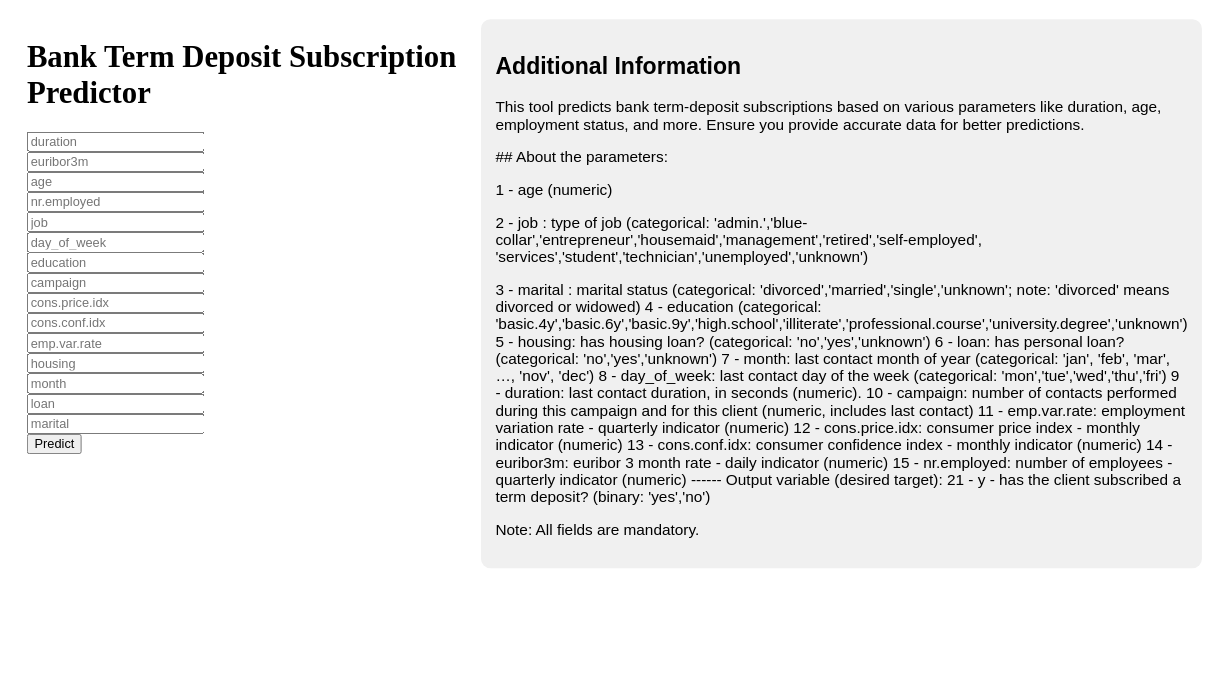
Repository: sameerhussain6/End-to-End-ML-Bank-term-Prediction
Page: templates/home.html
The author's editor kept a copy of each file at every save. The page is drawn from the files as they stood at one save, then again after the next save.
The browser window is 1280 px wide. The pictures show the whole page, at 96% of full size.
Some web fonts or font styles are not loaded; a fallback is used. The template is drawn by Flask 3. The application's start-up code is not run. Other server files are loaded and not shown. The template is opened directly, without the code that normally fills it, so the values that code supplies are empty.

Above is the page before, as saved 2025-01-31 19:27:13.

### templates/home.html
<!DOCTYPE html>
<html>

<head>
  <meta charset="UTF-8">
  <title>BANK TERM-DEPOSIT Subscription</title>
  <link href='https://fonts.googleapis.com/css?family=Pacifico' rel='stylesheet' type='text/css'>
  <link href='https://fonts.googleapis.com/css?family=Arimo' rel='stylesheet' type='text/css'>
  <link href='https://fonts.googleapis.com/css?family=Hind:300' rel='stylesheet' type='text/css'>
  <link href='https://fonts.googleapis.com/css?family=Open+Sans+Condensed:300' rel='stylesheet' type='text/css'>

  <style>
    .content-container {
      display: flex;
      justify-content: space-between;
      margin: 20px;
    }
    .login {
      width: 60%;
    }
    .info-box {
      width: 60%;
      background-color: #f0f0f0;
      padding: 15px;
      border-radius: 10px;
      font-family: 'Arimo', sans-serif;
    }
  </style>
</head>

<body>
  <div class="content-container">
    <div class="login">
      <h1>Bank Term Deposit Subscription Predictor</h1>

      <form action="{{ url_for('predict')}}" method="post">
        <input type="text" name="duration" placeholder="duration" required="required" /><br>
        <input type="text" name="euribor3m" placeholder="euribor3m" required="required" /><br>
        <input type="text" name="age" placeholder="age" required="required" /><br>
        <input type="text" name="nr.employed" placeholder="nr.employed" required="required" /><br>
        <input type="text" name="job" placeholder="job" required="required" /><br>
        <input type="text" name="day_of_week" placeholder="day_of_week" required="required" /><br>
        <input type="text" name="education" placeholder="education" required="required" /><br>
        <input type="text" name="campaign" placeholder="campaign" required="required" /><br>
        <input type="text" name="cons.price.idx" placeholder="cons.price.idx" required="required" /><br>
        <input type="text" name="cons.conf.idx" placeholder="cons.conf.idx" required="required" /><br>
        <input type="text" name="emp.var.rate" placeholder="emp.var.rate" required="required" /><br>
        <input type="text" name="housing" placeholder="housing" required="required" /><br>
        <input type="text" name="month" placeholder="month" required="required" /><br>
        <input type="text" name="loan" placeholder="loan" required="required" /><br>
        <input type="text" name="marital" placeholder="marital" required="required" /><br>
        <button type="submit" class="btn btn-primary btn-block btn-large">Predict</button>

    </form>
    </div>

    {{prediction_text}}

    <div class="info-box">
      <h2>Additional Information</h2>
      <p>This tool predicts bank term-deposit subscriptions based on various parameters like duration, age, employment status,
        and more. Ensure you provide accurate data for better predictions.</p>
      </p>## About the parameters:</p>
    </p>1 - age (numeric)</p>
    </p> 2 - job : type of job (categorical: 'admin.','blue-collar','entrepreneur','housemaid','management','retired','self-employed',
             'services','student','technician','unemployed','unknown')</p>
        3 - marital : marital status (categorical: 'divorced','married','single','unknown'; note: 'divorced' means divorced or widowed)
        4 - education (categorical: 'basic.4y','basic.6y','basic.9y','high.school','illiterate','professional.course','university.degree','unknown')
        5 - housing: has housing loan? (categorical: 'no','yes','unknown')
        6 - loan: has personal loan? (categorical: 'no','yes','unknown')
        7 - month: last contact month of year (categorical: 'jan', 'feb', 'mar', …, 'nov', 'dec')
        8 - day_of_week: last contact day of the week (categorical: 'mon','tue','wed','thu','fri')
        9 - duration: last contact duration, in seconds (numeric).
        10 - campaign: number of contacts performed during this campaign and for this client (numeric, includes last contact)
        11 - emp.var.rate: employment variation rate - quarterly indicator (numeric)
        12 - cons.price.idx: consumer price index - monthly indicator (numeric)
        13 - cons.conf.idx: consumer confidence index - monthly indicator (numeric)
        14 - euribor3m: euribor 3 month rate - daily indicator (numeric)
        15 - nr.employed: number of employees - quarterly indicator (numeric)
        ------
        Output variable (desired target):
        21 - y - has the client subscribed a term deposit? (binary: 'yes','no')
        </p>
      <p>Note: All fields are mandatory.</p>
    </div>
  </div>
</body>

</html>

After the next save:
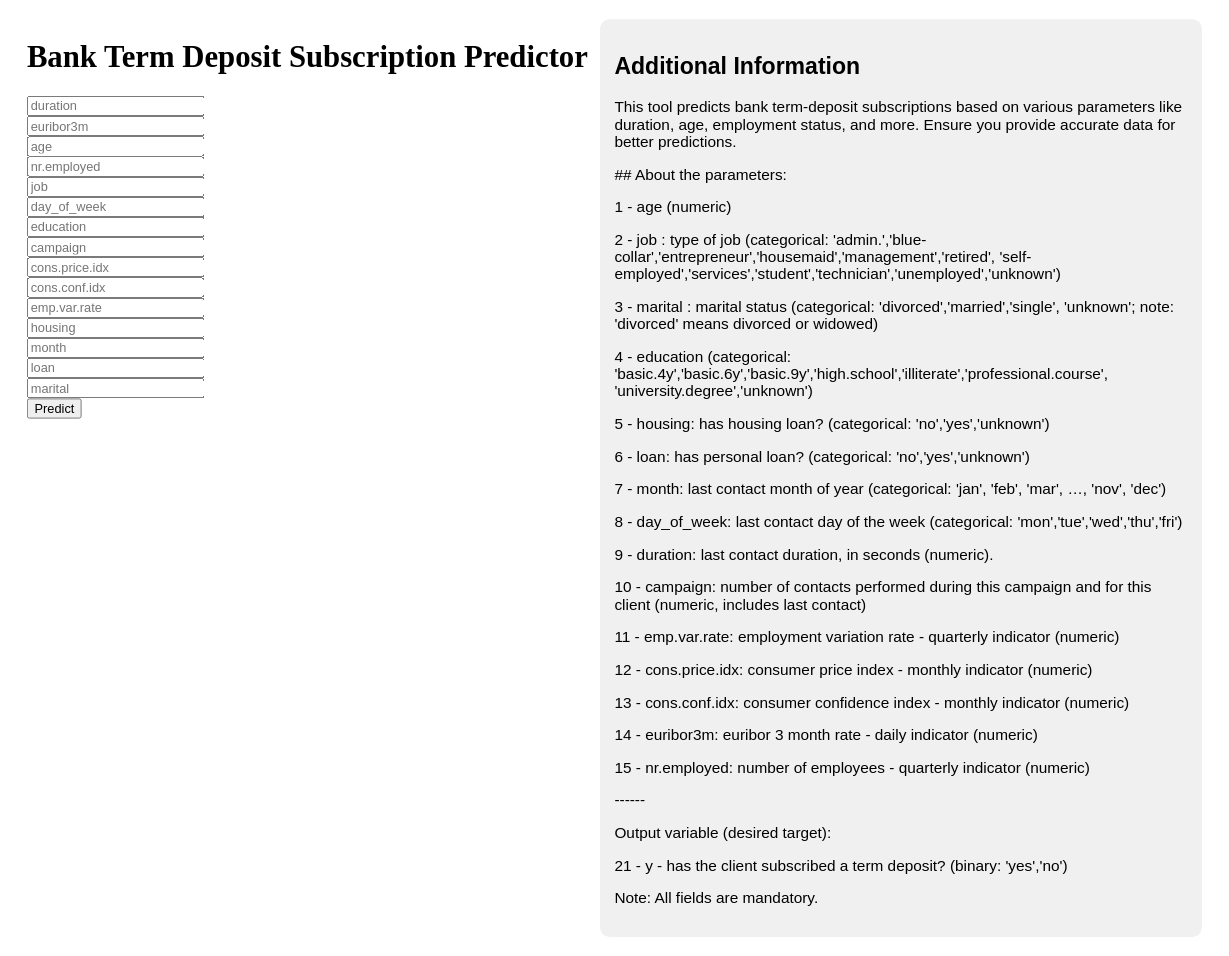
Saved 3 min 15 s later.
--- a/templates/home.html
+++ b/templates/home.html
@@ -62,23 +62,25 @@
         and more. Ensure you provide accurate data for better predictions.</p>
       </p>## About the parameters:</p>
     </p>1 - age (numeric)</p>
-    </p> 2 - job : type of job (categorical: 'admin.','blue-collar','entrepreneur','housemaid','management','retired','self-employed',
-             'services','student','technician','unemployed','unknown')</p>
-        3 - marital : marital status (categorical: 'divorced','married','single','unknown'; note: 'divorced' means divorced or widowed)
-        4 - education (categorical: 'basic.4y','basic.6y','basic.9y','high.school','illiterate','professional.course','university.degree','unknown')
-        5 - housing: has housing loan? (categorical: 'no','yes','unknown')
-        6 - loan: has personal loan? (categorical: 'no','yes','unknown')
-        7 - month: last contact month of year (categorical: 'jan', 'feb', 'mar', …, 'nov', 'dec')
-        8 - day_of_week: last contact day of the week (categorical: 'mon','tue','wed','thu','fri')
-        9 - duration: last contact duration, in seconds (numeric).
-        10 - campaign: number of contacts performed during this campaign and for this client (numeric, includes last contact)
-        11 - emp.var.rate: employment variation rate - quarterly indicator (numeric)
-        12 - cons.price.idx: consumer price index - monthly indicator (numeric)
-        13 - cons.conf.idx: consumer confidence index - monthly indicator (numeric)
-        14 - euribor3m: euribor 3 month rate - daily indicator (numeric)
-        15 - nr.employed: number of employees - quarterly indicator (numeric)
+    </p> 2 - job : type of job (categorical: 'admin.','blue-collar','entrepreneur','housemaid','management','retired',
+                 'self-employed','services','student','technician','unemployed','unknown')</p>
+    </p>3 - marital : marital status (categorical: 'divorced','married','single',
+                   'unknown'; note: 'divorced' means divorced or widowed)</p>
+    </p>4 - education (categorical: 'basic.4y','basic.6y','basic.9y','high.school','illiterate','professional.course',
+            'university.degree','unknown')</p>
+    </p>5 - housing: has housing loan? (categorical: 'no','yes','unknown')</p>
+    </p>6 - loan: has personal loan? (categorical: 'no','yes','unknown')</p>
+  </p>    7 - month: last contact month of year (categorical: 'jan', 'feb', 'mar', …, 'nov', 'dec')</p>
+</p>  8 - day_of_week: last contact day of the week (categorical: 'mon','tue','wed','thu','fri')</p>
+</p>    9 - duration: last contact duration, in seconds (numeric).</p>
+</p>    10 - campaign: number of contacts performed during this campaign and for this client (numeric, includes last contact)</p>
+</p>    11 - emp.var.rate: employment variation rate - quarterly indicator (numeric)</p>
+</p>    12 - cons.price.idx: consumer price index - monthly indicator (numeric)</p>
+</p>    13 - cons.conf.idx: consumer confidence index - monthly indicator (numeric)</p>
+</p>    14 - euribor3m: euribor 3 month rate - daily indicator (numeric)</p>
+</p>    15 - nr.employed: number of employees - quarterly indicator (numeric)</p>
         ------
-        Output variable (desired target):
+      </p>Output variable (desired target):</p>
         21 - y - has the client subscribed a term deposit? (binary: 'yes','no')
         </p>
       <p>Note: All fields are mandatory.</p>
